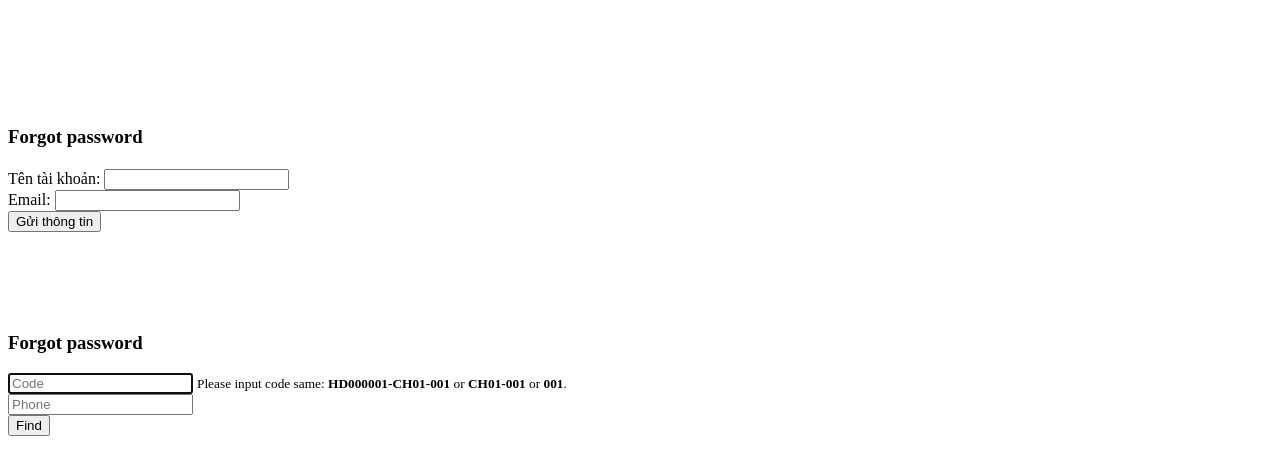
Repository: nguyengiabao245/NHOM3_C2
Page: http://localhost/DoAnJava/WEB-INF/views/account/forgot.jsp
An editor plug-in stored every save of this project. The page is shown before and after the next save, followed by the edit.
The browser window is 1280 px wide. The pictures show the whole page.
The page is served by Tomcat 9. Nobody is signed in. The template is opened directly, without the code that normally fills it, so the values that code supplies are empty.

Above is the page before, as saved 2022-05-15 11:29:40.

After the next save:
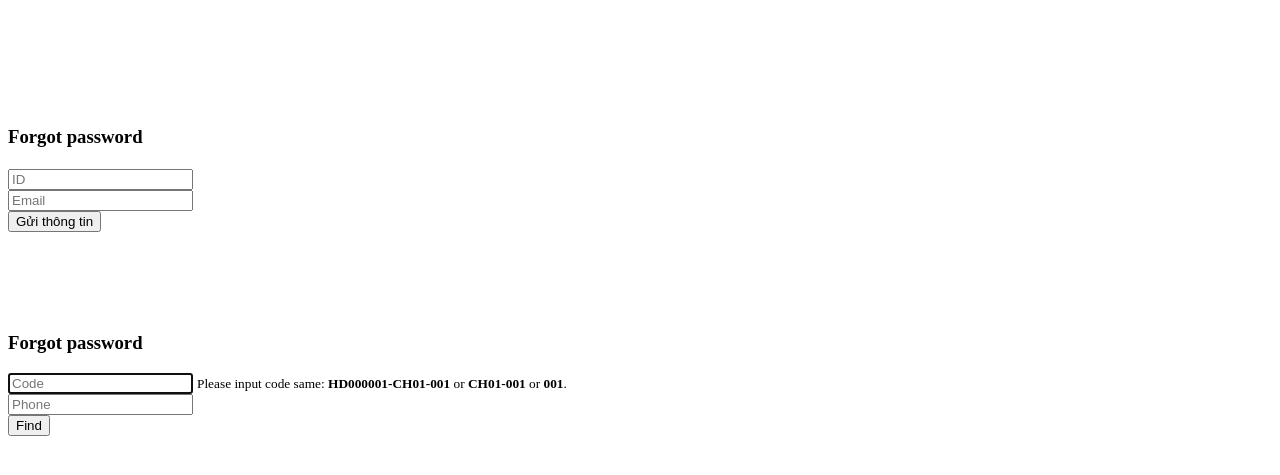
Saved 46 s later.
--- a/DoAnJava/src/main/webapp/WEB-INF/views/account/forgot.jsp
+++ b/DoAnJava/src/main/webapp/WEB-INF/views/account/forgot.jsp
@@ -12,10 +12,10 @@
 			<h4 class="label label-danger">${message}</h4>
 			<form action="/account/forgot" method="post">
 				<div class="form-group">
-					<label>Tên tài khoản:</label> <input name="id" class="form-control" />
+					<input name="id" class="form-control"placeholder="ID" />
 				</div>
 				<div class="form-group">
-					<label>Email:</label> <input name="email" class="form-control" />
+					<input name="email" class="form-control"placeholder="Email" />
 				</div>
 				<div class="form-group">
 					<button class="btn btn-success">Gửi thông tin</button>
